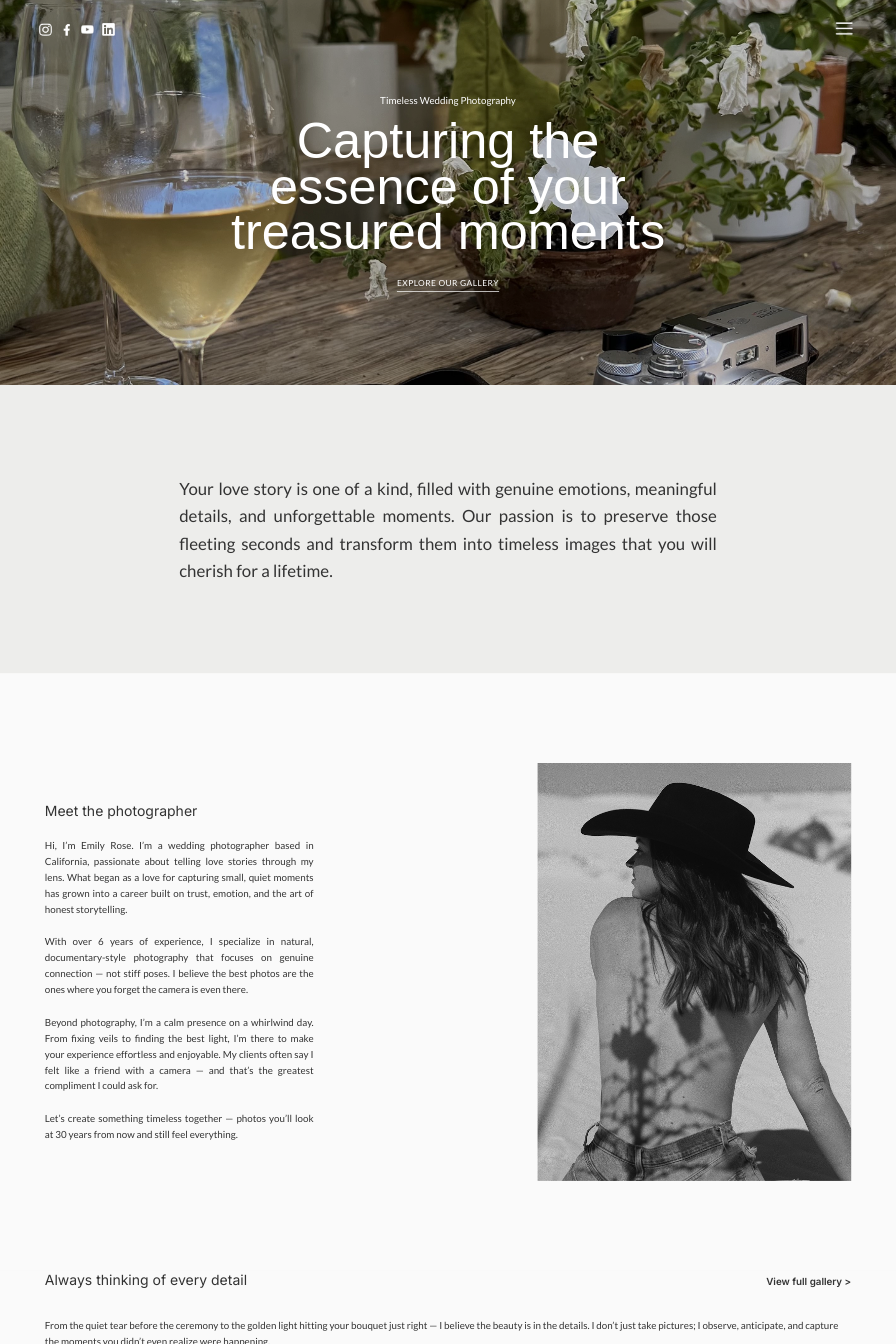
Repository: eduarda-magnago/wt-photography
Page: /
The author's editor kept a copy of each file at every save. The page is drawn from the files as they stood at one save, then again after the next save.
The browser window is 1280 px wide. The pictures show the part of the page from y = 0 to 1920 px (the page is 3650 px tall before and 3640 px after), at 70% of full size.
Some web fonts or font styles are not loaded; a fallback is used. The project was rebuilt for these pictures with package versions that can differ from the ones it lists, and the page was loaded fresh each time. The framework's server and built-in components were replaced by stand-ins that run in the browser. Also part of the build but not shown: next.config.ts.

Above is the page before, as saved 2026-10-14 12:12:32.

### app/layout.tsx
import type { Metadata } from "next";
import { Inter, Lato, Cormorant_SC } from "next/font/google";
import Header from "@/components/layout/header";
import Footer from "@/components/layout/footer";
import "./globals.css";

const inter = Inter({
  subsets: ["latin"],
  variable: "--font-inter",
});

const lato = Lato({
  subsets: ["latin"],
  weight: ["300", "400", "700"],
  variable: "--font-lato",
});

const cormorant = Cormorant_SC({
  subsets: ["latin"],
  weight: ["300", "400", "500"],
  variable: "--font-cormorant",
});

export const metadata: Metadata = {
  title: "WT Timeless Photography",
  description: "Timeless wedding photography",
};

export default function RootLayout({
  children,
}: {
  children: React.ReactNode;
}) {
  return (
    <html
      lang="en"
      className={`${inter.variable} ${lato.variable} ${cormorant.variable}`}
    >
      <body className="font-sans antialiased">
        <Header />
        <main>{children}</main>
        <Footer />
      </body>
    </html>
  );
}

### app/page.tsx
import Hero from "@/components/hero";
import Intro from "@/components/home/intro";
import About from "@/components/home/about";
import Details from "@/components/home/details";
import Testimonials from "@/components/home/testimonials";

export default function Home() {
  return (
    <>
      <Hero
        eyebrow="Timeless Wedding Photography"
        title="Capturing the essence of your treasured moments"
        image="/img/hero-bg.jpg"
      />
      <Intro />
      <About />
      <Details />
      <Testimonials />
    </>
  );
}

### components/layout/header.tsx
"use client";

import { useState } from "react";
import Image from "next/image";
import Link from "next/link";

const navLinks = [
  { label: "Home", href: "/" },
  { label: "About me", href: "/#about" },
  { label: "Gallery", href: "/#gallery" },
  { label: "Testimonials", href: "/#testimonials" },
  { label: "Contact Us", href: "/contact" },
];

export default function Header() {
  const [open, setOpen] = useState(false);

  return (
    <header className="absolute inset-x-0 top-0 z-30">
      <div className="flex items-start justify-between px-6 py-8 md:px-14">
        <ul className="flex items-center gap-3">
          <li>
            <a
              href="#"
              aria-label="Instagram"
              className="relative block h-[19px] w-[18px] transition-opacity hover:opacity-70"
            >
              <Image
                src="/img/instagram.png"
                alt=""
                fill
                sizes="18px"
                className="object-contain"
              />
            </a>
          </li>
          <li>
            <a
              href="#"
              aria-label="Facebook"
              className="relative block h-[18px] w-[18px] transition-opacity hover:opacity-70"
            >
              <Image
                src="/img/facebook.png"
                alt=""
                fill
                sizes="18px"
                className="object-contain"
              />
            </a>
          </li>
          <li>
            <a
              href="#"
              aria-label="YouTube"
              className="relative block h-[18px] w-[18px] transition-opacity hover:opacity-70"
            >
              <Image
                src="/img/youtube.png"
                alt=""
                fill
                sizes="18px"
                className="object-contain"
              />
            </a>
          </li>
          <li>
            <a
              href="#"
              aria-label="LinkedIn"
              className="relative block h-[18px] w-[18px] transition-opacity hover:opacity-70"
            >
              <Image
                src="/img/linkedin.png"
                alt=""
                fill
                sizes="18px"
                className="object-contain"
              />
            </a>
          </li>
        </ul>

        <button
          type="button"
          onClick={() => setOpen(true)}
          aria-label="Open menu"
          className="relative block h-6 w-9 transition-opacity hover:opacity-70"
        >
          <Image
            src="/img/menu.png"
            alt=""
            fill
            sizes="36px"
            className="object-contain"
          />
        </button>
      </div>

      {open && (
        <div className="fixed inset-0 z-40 flex items-center justify-center bg-ink/95">
          <button
            type="button"
            onClick={() => setOpen(false)}
            aria-label="Close menu"
            className="absolute right-6 top-8 text-3xl text-white md:right-14"
          >
            ✕
          </button>
          <nav>
            <ul className="flex flex-col items-center gap-8">
              {navLinks.map((link) => (
                <li key={link.label}>
                  <Link
                    href={link.href}
                    onClick={() => setOpen(false)}
                    className="font-heading text-2xl text-white"
                  >
                    {link.label}
                  </Link>
                </li>
              ))}
            </ul>
          </nav>
        </div>
      )}
    </header>
  );
}

### components/layout/footer.tsx
import Image from "next/image";
import Link from "next/link";

const exploreLinks = [
  { label: "Home", href: "/" },
  { label: "About me", href: "/#about" },
  { label: "Gallery", href: "/#gallery" },
  { label: "Testimonials", href: "/#testimonials" },
  { label: "Contact Us", href: "/contact" },
];

export default function Footer() {
  return (
    <footer>
      <div className="bg-ink px-6 py-16 text-sm text-white md:px-14">
        <div className="mx-auto max-w-5xl">
          <div className="border-t border-white/30 pt-12">
            <div className="grid gap-12 md:grid-cols-[1fr_auto_auto] md:gap-20">
              <div>
                <Image
                  src="/img/logo.png"
                  alt="WT Timeless Photography"
                  width={240}
                  height={110}
                />
                <p className="mt-6 max-w-xs">
                  With a natural and artistic approach, we create photographs
                  that reflect everything.
                </p>
                <ul className="mt-6 flex items-center gap-3">
                  <li>
                    <a href="#" aria-label="Instagram" className="transition-opacity hover:opacity-70">
                      <Image src="/img/instagram.png" alt="" width={18} height={18} />
                    </a>
                  </li>
                  <li>
                    <a href="#" aria-label="Facebook"
                      className="relative block h-[18px] w-[18px] transition-opacity hover:opacity-70"
                    >
                      <Image src="/img/facebook.png" alt="" fill sizes="18px" className="object-contain"/>
                    </a>
                  </li>
                  <li>
                    <a href="#" aria-label="YouTube" className="transition-opacity hover:opacity-70">
                      <Image src="/img/youtube.png" alt="" width={18} height={18} />
                    </a>
                  </li>
                  <li>
                    <a href="#" aria-label="LinkedIn" className="transition-opacity hover:opacity-70">
                      <Image src="/img/linkedin.png" alt="" width={18} height={18} />
                    </a>
                  </li>
                </ul>
              </div>

              <div>
                <h3 className="mb-6 text-xs uppercase tracking-widest">
                  Explore
                </h3>
                <ul className="space-y-2">
                  {exploreLinks.map((link) => (
                    <li key={link.label}>
                      <Link href={link.href}>{link.label}</Link>
                    </li>
                  ))}
                </ul>
              </div>

              <div>
                <h3 className="mb-6 text-xs uppercase tracking-widest">
                  Enquiries
                </h3>
                <address className="not-italic leading-relaxed">
                  641 Route de Gibannaz
                  <br />
                  Les Gets
                  <br />
                  74260
                </address>
                <div className="mt-6 flex flex-col gap-1 underline">
                  <a href="tel:+33685204809">+33 (0)6 85 20 48 09</a>
                  <a href="tel:+447967728009">+44 (0)7967 728009</a>
                </div>
                <a
                  href="mailto:info@weddingphoto.com"
                  className="mt-6 block underline"
                >
                  info@weddingphoto.com
                </a>
              </div>
            </div>

            <div className="mt-16 flex flex-col gap-4 border-t border-white/30 pt-6 text-xs md:flex-row md:justify-between">
              <p>
                Designed &amp; developed by{" "}
                <a href="#" className="underline">
                  EM Studio
                </a>
              </p>
              <div className="flex gap-6 underline">
                <a href="#">Terms &amp; Conditions</a>
                <a href="#">Privacy Policy</a>
              </div>
            </div>
          </div>
        </div>
      </div>
      <p className="bg-neutral-200 px-6 py-5 text-center text-xs uppercase tracking-wide">
        © WT Timeless Photography 2026 - All the rights reserved.
      </p>
    </footer>
  );
}

### app/globals.css
@import "tailwindcss";

@theme inline {
  --font-sans: var(--font-lato);
  --font-heading: var(--font-inter);
  --font-hero: var(--font-cormorant);

  --color-ink: #333333;
  --color-sand: #ededeb;
  --color-paper: #fafafa;
  --color-blush: #f4e6dc;
}

html {
  scroll-behavior: smooth;
}

body {
  background: var(--color-paper);
  color: var(--color-ink);
}

### components/hero.tsx
import Image from "next/image";
import Link from "next/link";

type HeroProps = {
  eyebrow: string;
  title: string;
  image: string;
  ctaLabel?: string;
  ctaHref?: string;
};

export default function Hero({
  eyebrow,
  title,
  image,
  ctaLabel = "Explore our gallery",
  ctaHref = "/#gallery",
}: HeroProps) {
  return (
    <section className="relative flex h-[70vh] min-h-[550px] items-center justify-center overflow-hidden">
      <Image
        src="/img/hero.png"
        alt=""
        fill
        priority
        sizes="100vw"
        className="object-cover"
      />
      <div className="absolute inset-0 bg-black/20" />
      <div className="relative z-10 flex max-w-3xl flex-col items-center px-6 text-center text-white">
        <p className="mb-4 text-sm">{eyebrow}</p>
        <h1 className="font-hero text-5xl leading-[0.9] md:text-7xl">
          {title}
        </h1>
        <Link
          href={ctaHref}
          className="mt-8 border-b border-white pb-1 text-xs uppercase tracking-wider"
        >
          {ctaLabel}
        </Link>
      </div>
    </section>
  );
}

### components/home/intro.tsx
export default function Intro() {
  return (
    <section className="bg-sand px-6 py-24 md:py-32">
      <p className="mx-auto max-w-3xl text-justify text-xl leading-relaxed md:text-2xl">
        Your love story is one of a kind, filled with genuine emotions,
        meaningful details, and unforgettable moments. Our passion is to
        preserve those fleeting seconds and transform them into timeless images
        that you will cherish for a lifetime.
      </p>
    </section>
  );
}

### components/home/about.tsx
import Image from "next/image";

export default function About() {
  return (
    <section id="about" className="bg-paper px-6 py-24 md:px-14 md:py-32">
      <div className="mx-auto grid max-w-6xl items-center gap-12 md:grid-cols-2 text-justify">
        <div className="max-w-sm space-y-6 text-sm leading-relaxed">
          <h2 className="font-heading text-xl">Meet the photographer</h2>
          <p>
            Hi, I’m Emily Rose. I’m a wedding photographer based in California,
            passionate about telling love stories through my lens. What began
            as a love for capturing small, quiet moments has grown into a
            career built on trust, emotion, and the art of honest storytelling.
          </p>
          <p>
            With over 6 years of experience, I specialize in natural,
            documentary-style photography that focuses on genuine connection —
            not stiff poses. I believe the best photos are the ones where you
            forget the camera is even there.
          </p>
          <p>
            Beyond photography, I’m a calm presence on a whirlwind day. From
            fixing veils to finding the best light, I’m there to make your
            experience effortless and enjoyable. My clients often say I felt
            like a friend with a camera — and that’s the greatest compliment I
            could ask for.
          </p>
          <p>
            Let’s create something timeless together — photos you’ll look at 30
            years from now and still feel everything.
          </p>
        </div>

        <div className="relative aspect-[3/4] w-full md:max-w-md md:justify-self-end">
          <Image
            src="/img/about.png"
            alt="Wedding photographer picture"
            fill
            sizes="(min-width: 768px) 28rem, 100vw"
            className="object-cover"
          />
        </div>
      </div>
    </section>
  );
}

### components/home/details.tsx
import Image from "next/image";
import Link from "next/link";

const photos = [
  { src: "/img/detail1.png", alt: "Bouquet resting on a golden ornament" },
  { src: "/img/detail2.png", alt: "Couple dancing by a large window" },
  { src: "/img/detail3.png", alt: "Bridesmaids laughing together" },
];

export default function Details() {
  return (
    <section id="gallery" className="bg-paper px-6 pb-24 md:px-14 md:pb-32">
      <div className="mx-auto max-w-6xl">
        <div className="flex items-baseline justify-between">
          <h2 className="font-heading text-xl">
            Always thinking of every detail
          </h2>
          <Link href="/#gallery" className="font-heading text-sm font-semibold">
            View full gallery &gt;
          </Link>
        </div>

        <div className="mt-10 space-y-6 text-sm leading-relaxed">
          <p>
            From the quiet tear before the ceremony to the golden light hitting
            your bouquet just right — I believe the beauty is in the details. I
            don’t just take pictures; I observe, anticipate, and capture the
            moments you didn’t even realize were happening.
          </p>
          <p>
            Whether it’s making sure your dress is perfectly fluffed, guiding
            you into the best lighting, or noticing when your grandma reaches
            for your hand — my job goes far beyond the shutter. I’m there to
            preserve every fleeting detail that makes your day uniquely yours.
            Because when it’s all over, it’s the little things that stay with
            you the longest.
          </p>
        </div>

        <div className="mt-16 grid gap-6 md:grid-cols-3">
          {photos.map((photo) => (
            <div key={photo.src} className="relative aspect-[3/4]">
              <Image
                src={photo.src}
                alt={photo.alt}
                fill
                sizes="(min-width: 768px) 33vw, 100vw"
                className="object-cover"
              />
            </div>
          ))}
        </div>
      </div>
    </section>
  );
}

### components/home/testimonials.tsx
"use client";

import { useState } from "react";
import Image from "next/image";

const testimonials = [
  {
    name: "Anna C.",
    image: "/img/testimonial.png",
    quote:
      "I had a very amazing contracting WP for my wedding. They are super kind team and I always felt I could trust 100% in their work. When I received the pictures I was more surprised than I imagined, really good quality! No regrets.",
  },
];

export default function Testimonials() {
  const [index, setIndex] = useState(0);
  const current = testimonials[index];

  function next() {
    setIndex((prev) => (prev + 1) % testimonials.length);
  }

  return (
    <section id="testimonials" className="bg-sand px-6 py-20 md:px-14">
      <div className="mx-auto grid max-w-5xl items-center gap-10 md:grid-cols-[auto_1fr] md:gap-16">
        <div className="relative h-48 w-48 overflow-hidden rounded-full md:h-56 md:w-56">
          <Image
            src={current.image}
            alt={current.name}
            fill
            sizes="224px"
            className="object-cover"
          />
        </div>

        <div>
          <h3 className="font-heading text-xl">{current.name}</h3>
          <blockquote className="mt-4 text-justify text-lg leading-relaxed">
            “{current.quote}”
          </blockquote>
          <button
            type="button"
            onClick={next}
            className="font-heading mt-8 ml-auto block text-sm font-semibold"
          >
            {index + 1}/{testimonials.length} &gt;
          </button>
        </div>
      </div>
    </section>
  );
}

After the next save:
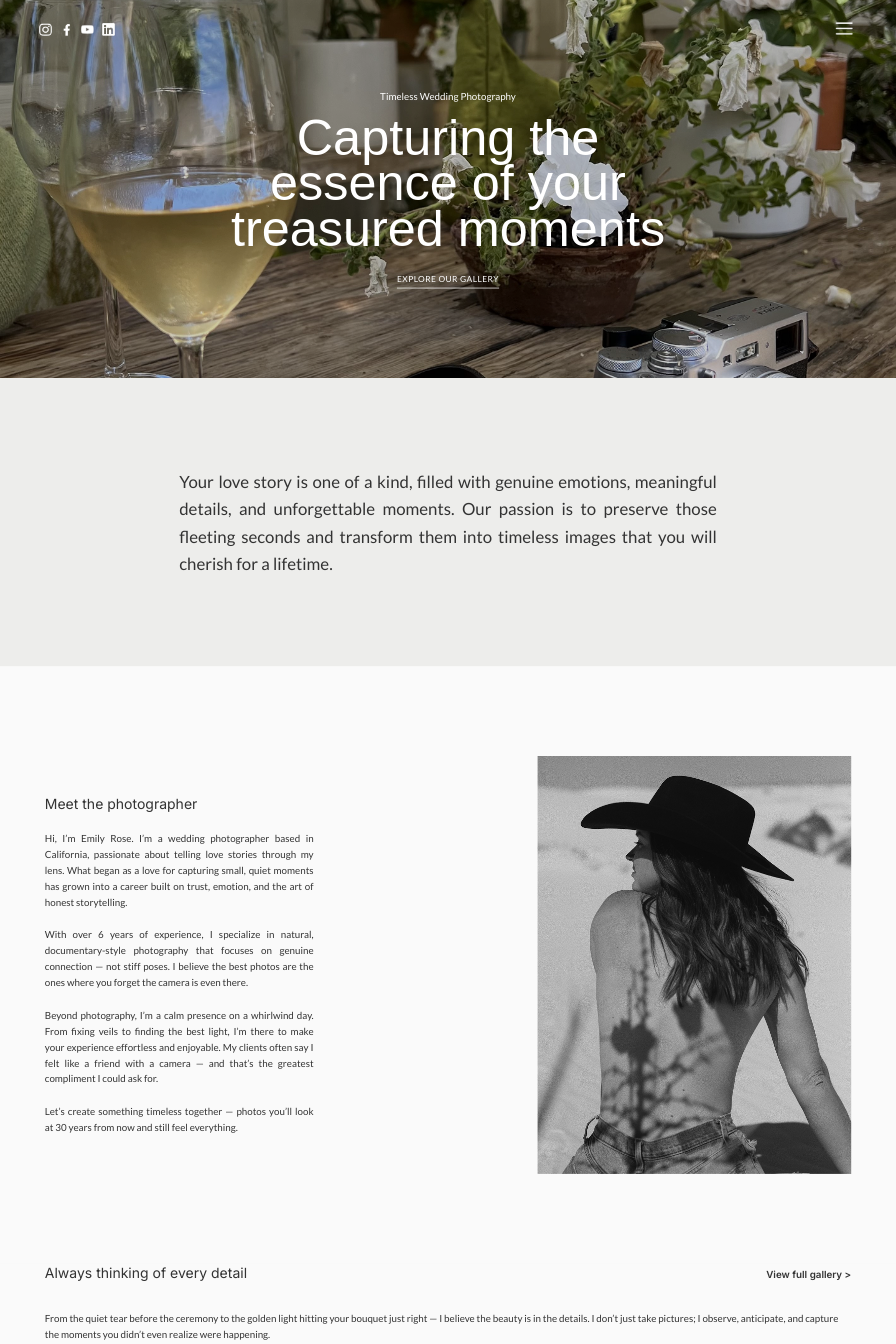
Saved 25 s later.
--- a/components/hero.tsx
+++ b/components/hero.tsx
@@ -17,7 +17,7 @@ export default function Hero({
   ctaHref = "/#gallery",
 }: HeroProps) {
   return (
-    <section className="relative flex h-[70vh] min-h-[550px] items-center justify-center overflow-hidden">
+    <section className="relative flex h-[70vh] min-h-[540px] items-center justify-center overflow-hidden">
       <Image
         src="/img/hero.png"
         alt=""
